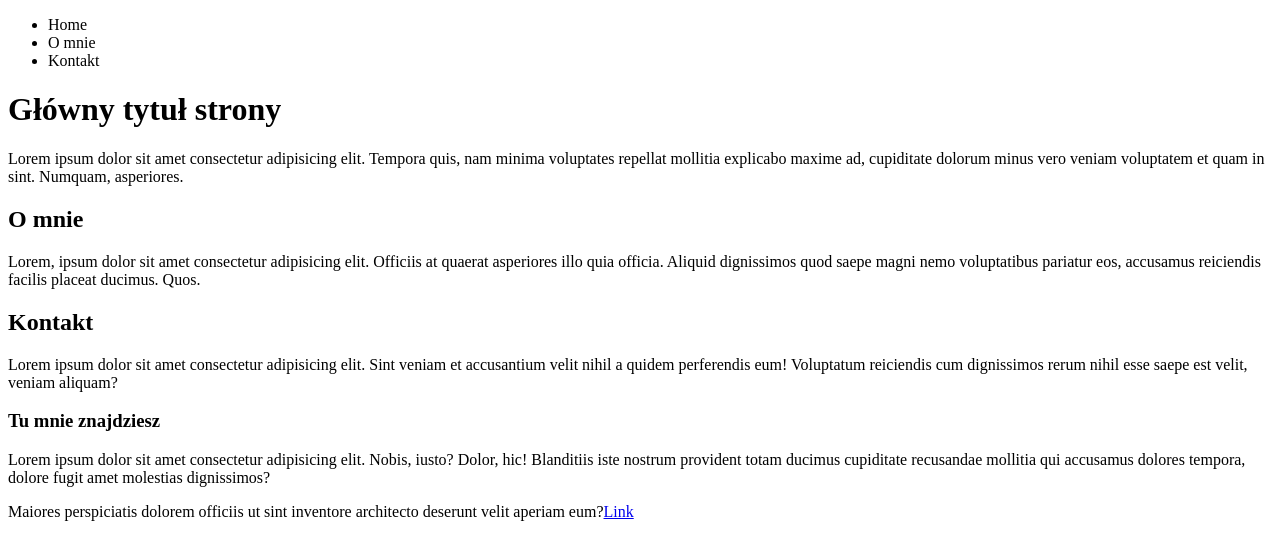
Repository: magdaf41/magdaf41.github.io
Page: zadania-domowe/HTML/zadanie_2/index.html
An editor plug-in stored every save of this project. The page is shown before and after the next save, followed by the edit.
The browser window is 1280 px wide. The pictures show the whole page.

Above is the page before, as saved 2020-08-13 11:21:52.

### zadania-domowe/HTML/zadanie_2/index.html
<!DOCTYPE html>
<html lang="en">

<head>
    <meta charset="UTF-8">
    <meta name="viewport" content="width=device-width, initial-scale=1.0">
    <title>Document</title>
</head>

<body>


    <nav id="menu">
        <ul>
            <li class="menu-item">Home</li>
            <li class="menu-item">O mnie</li>
            <li class="menu-item">Kontakt</li>
        </ul>
    </nav>


    <header id="header">
        <h1 id="main-header">Główny tytuł strony</h1>
        <p class="header-content">Lorem ipsum dolor sit amet consectetur adipisicing elit. Tempora quis, nam minima
            voluptates repellat
            mollitia explicabo maxime ad, cupiditate dolorum minus vero veniam voluptatem et quam in sint. Numquam,
            asperiores.</p>
    </header>

    <section id="about">
        <h2 id="about-header">O mnie</h2>
        <p class="about-content">Lorem, ipsum dolor sit amet consectetur adipisicing elit. Officiis at quaerat
            asperiores illo quia officia.
            Aliquid dignissimos quod saepe magni nemo voluptatibus pariatur eos, accusamus reiciendis facilis placeat
            ducimus. Quos.</p>
    </section>

    <section id="contact">
        <h2 id="contact-header">Kontakt</h2>
        <p class="contant-contact">Lorem ipsum dolor sit amet consectetur adipisicing elit. Sint veniam et accusantium
            velit nihil a quidem perferendis eum! Voluptatum reiciendis cum dignissimos rerum nihil esse saepe est
            velit, veniam aliquam?</p>
        <h3 id="place-header">Tu mnie znajdziesz</h3>
        <p class="place-content">Lorem ipsum dolor sit amet consectetur adipisicing elit. Nobis, iusto? Dolor, hic!
            Blanditiis iste nostrum provident totam ducimus cupiditate recusandae mollitia qui accusamus dolores
            tempora, dolore fugit amet molestias dignissimos?
        <p class="place-content">Maiores perspiciatis dolorem officiis ut sint inventore
            architecto deserunt velit aperiam eum?<a href="Link">Link</a></p>
    </section>

    <footer></footer>
</body>

</html>

After the next save:
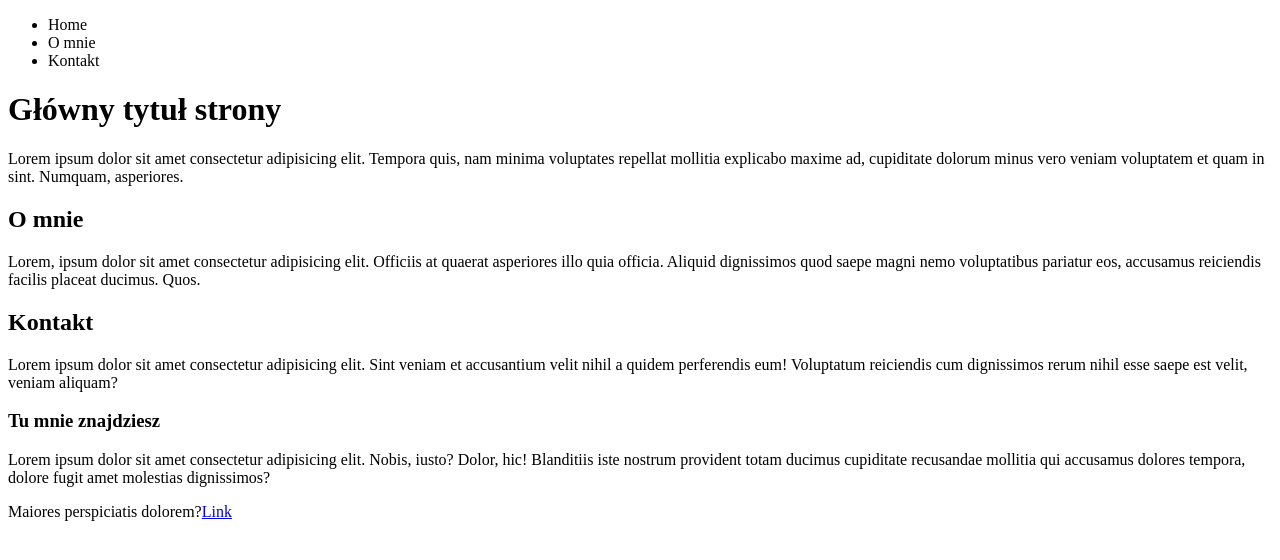
Saved 20 s later.
--- a/zadania-domowe/HTML/zadanie_2/index.html
+++ b/zadania-domowe/HTML/zadanie_2/index.html
@@ -44,8 +44,7 @@
         <p class="place-content">Lorem ipsum dolor sit amet consectetur adipisicing elit. Nobis, iusto? Dolor, hic!
             Blanditiis iste nostrum provident totam ducimus cupiditate recusandae mollitia qui accusamus dolores
             tempora, dolore fugit amet molestias dignissimos?
-        <p class="place-content">Maiores perspiciatis dolorem officiis ut sint inventore
-            architecto deserunt velit aperiam eum?<a href="Link">Link</a></p>
+        <p class="place-content">Maiores perspiciatis dolorem?<a href="Link">Link</a></p>
     </section>
 
     <footer></footer>
